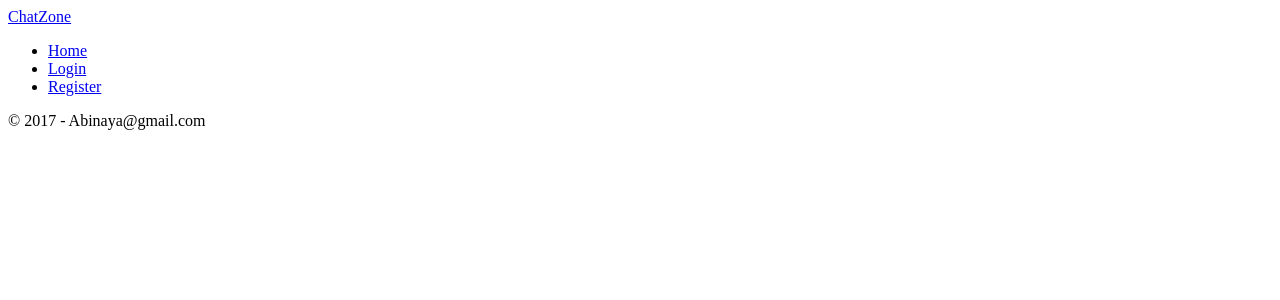
Repository: Abinayasivapraba/Finoculus
Page: LetzChat/WebContent/Home/Header.html
An editor plug-in stored every save of this project. The page is shown before and after the next save, followed by the edit.
The browser window is 1280 px wide. The pictures show the whole page.

Above is the page before, as saved 2017-08-06 14:13:47.

### LetzChat/WebContent/Home/Header.html
<!DOCTYPE html>
<html>
<head>
<meta charset="ISO-8859-1">
<title>Insert title here</title>
</head>
<body>

<nav class="navbar navbar-inverse">
  <div class="container-fluid">
    <div class="navbar-header">
      <a class="navbar-brand" href="#">ChatZone</a>
    </div>
    <ul class="nav navbar-nav">
      <li class="active"><a href="#/home">Home</a></li>
      <li ng-hide="currentuser.id"><a href="#/login">Login</a></li>

      <li><a href="#/goRegister">Register</a></li>
      </ul>
      </div>
      </nav>


      <div class="footer">

<div class="navbar navbar-inverse navbar-fixed-bottom">
        <div class="container">
            <p class="navbar-text pull-left">© 2017 - Abinaya@gmail.com </p>
        </div>
    </div>
    </div>



</body>
</html>

After the next save:
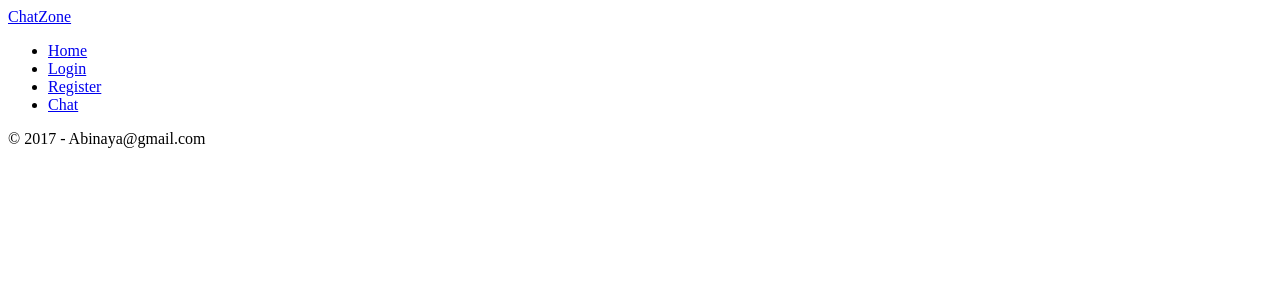
Saved 2 min 6 s later.
--- a/LetzChat/WebContent/Home/Header.html
+++ b/LetzChat/WebContent/Home/Header.html
@@ -16,6 +16,7 @@
       <li ng-hide="currentuser.id"><a href="#/login">Login</a></li>
 
       <li><a href="#/goRegister">Register</a></li>
+      <li><a href="#/chat">Chat</a></li>
       </ul>
       </div>
       </nav>
